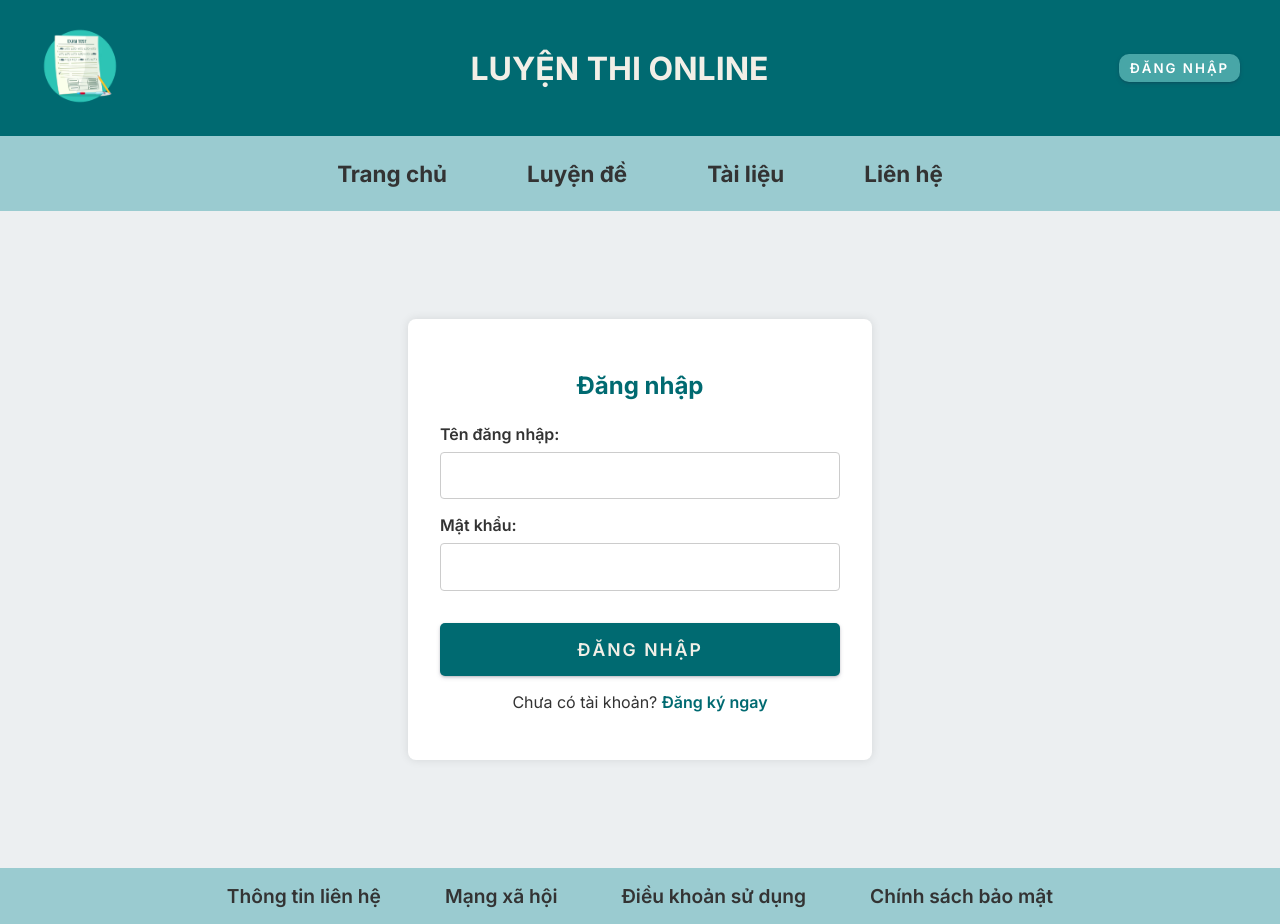
Repository: trgiangday/LapTrinhWeb
Page: http://localhost/login
These files come from the project's save history. The page is drawn as it stood at one moment and after a run of saves; the edit follows.
The browser window is 1280 px wide. The pictures show the whole page.
Some web fonts or font styles are not loaded; a fallback is used. The page is served by the project's application, run on Flask 3 (py/main.py).

Above is the page before, as saved 2025-05-15 13:39:52.

After the next 3 saves:
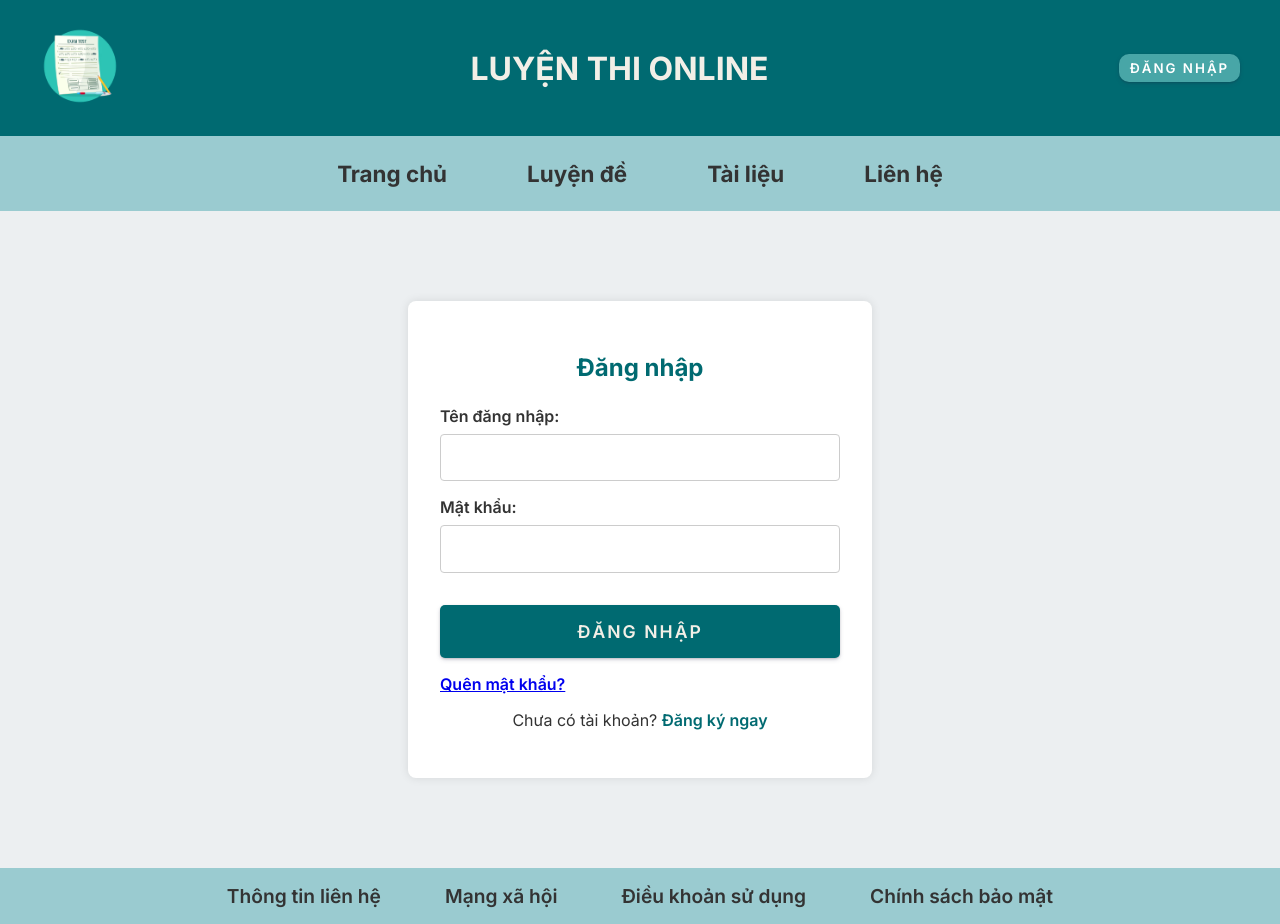
The 3 saves are shown as one change because 1 did not build or start and some came seconds apart.
The last was saved 79 s later.
--- a/templates/login.html
+++ b/templates/login.html
@@ -49,6 +49,8 @@
                 </div>
                 <button type="submit" class="login-button inter-600 btn login-submit-button">Đăng nhập</button>
             </form>
+            <!-- Thêm dòng "Quên mật khẩu" -->
+            <p class="inter-400"><a href="{{ url_for('forgot_password') }}" class="inter-600">Quên mật khẩu?</a></p>
             <p class="inter-400 signup-link">Chưa có tài khoản? <a href="{{ url_for('signup') }}" class="inter-600">Đăng ký ngay</a></p>
         </div>
     </main>
--- a/py/main.py
+++ b/py/main.py
@@ -54,6 +54,10 @@ def show_exams_page():
 @app.route('/document')
 def document():
     return render_template('document.html')
+
+@app.route('/forgot_password')
+def forgot_password():
+    return "Chức năng quên mật khẩu đang được phát triển."
 
 @app.route('/contact')
 def contact():
